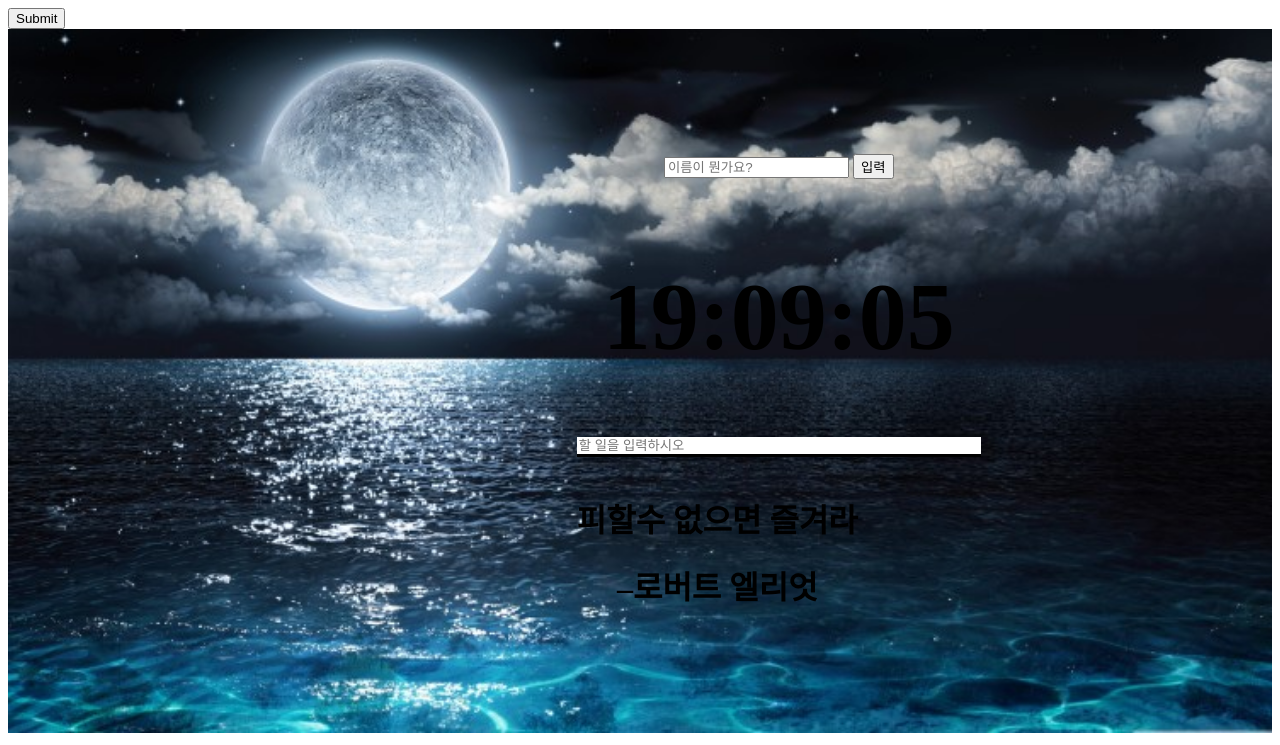
Repository: jun01270/F-E-practice
Page: index.html
The author's editor kept a copy of each file at every save. The page is drawn from the files as they stood at one save, then again after the next save.
The browser window is 1280 px wide. The pictures show the whole page.

Above is the page before, as saved 2023-01-10 14:48:33.
Console error: TypeError: Cannot read properties of null (reading 'addEventListener')

### index.html
<!DOCTYPE html>
<html lang="en">
  <head>
    <meta charset="UTF-8" />
    <meta http-equiv="X-UA-Compatible" content="IE=edge" />
    <meta name="viewport" content="width=device-width, initial-scale=1.0" />
    <link rel="stylesheet" href="/css/style.css" />
    <title>Document</title>
  </head>
  <body>
    <div id="all">
      <form id="userName-form" class="hidden">
        <input required type="text" placeholder="이름이 뭔가요?" />
        <input type="submit" value="입력" />
      </form>
      <br />
      <h1 id="clock">00:00:00</h1>
      <form id="todo-form">
        <input id="input-blank" type="text" placeholder="할 일을 입력하시오" />
      </form>
      <ul id="todo-list"></ul>
      <div id="quote">
        <h1></h1>
        <h1></h1>
      </div>
    </div>
    <div>
      <form>
        <input type="submit" class="userName-form" />
      </form>
    </div>
    <script src="/js/greeting.js"></script>
    <script src="/js/clock.js"></script>
    <script src="/js/quotes.js"></script>
    <script src="/js/background.js"></script>
    <script src="js/todo.js"></script>
    <script src="/js/weather.js"></script>
  </body>
</html>

### css/style.css
.hidden {
  display: none;
}

#background {
  width: 100%;
  height: 100%;
  padding: 0;
}

body {
  position: relative;
}

#all {
  position: absolute;
  top: 20%;
  left: 45%;
  text-align: center;
}

#clock {
  font-size: 600%;
}

#input-blank {
  width: 400px;
  border-top: none;
  border-left: none;
  border-right: none;
  border-bottom: 3px solid black;
}

#todo-list {
  color: yellow;
}

#quote {
  position: absolute;
  margin-bottom: 1000px;
}

### js/greeting.js
const userNameBtn = document.querySelector("#userName-form submit");
const userName = document.querySelector("#userName-form input");
const loginForm = document.querySelector("#userName-form");
const firstH1 = document.getElementById("result");
const SavedUserName = localStorage.getItem("username");
const HIDDEN_CLASSNAME = "hidden";
const toStart = document.querySelector("button.boom");

function loginResult(e) {
  e.preventDefault();
  loginForm.classList.add(HIDDEN_CLASSNAME);
  const userName1 = userName.value;
  localStorage.setItem("username", userName1);
  paintUserName();
}

function paintUserName() {
  const userName1 = localStorage.getItem("username");
  firstH1.innerText = `Hello ${userName1}`;
  firstH1.classList.remove(HIDDEN_CLASSNAME);
}

if (SavedUserName === null) {
  loginForm.classList.remove(HIDDEN_CLASSNAME);
  loginForm.addEventListener("submit", loginResult);
} else {
  paintUserName();
}

function deleteUserName() {
  localStorage.removeItem("username");
  location.reload();
}

toStart.addEventListener("click", deleteUserName);
console.log(toStart.className);

### js/clock.js
const all = document.querySelector("div#all");
const clock = all.querySelector("h1#clock");

function getClock() {
  const date = new Date();
  let Hours = String(date.getHours()).padStart(2, "0");
  let Minutes = String(date.getMinutes()).padStart(2, "0");
  let Seconds = String(date.getSeconds()).padStart(2, "0");
  // console.log(`${date.getHours()}:${date.getMinutes()}:${date.getSeconds()}`);
  clock.innerText = `${Hours}:${Minutes}:${Seconds}`;
}

getClock();
setInterval(getClock, 1000);

### js/quotes.js
const quotes = [
  {
    quote: "삶이 있는 한 희망은 있다",
    author: "-키케로",
  },
  {
    quote: "산다는것 그것은 치열한 전투이다.",
    author: "-로망로랑",
  },
  {
    quote: "하루에 3시간을 걸으면 7년 후에 지구를 한바퀴 돌 수 있다. ",
    author: "-사무엘존슨",
  },
  {
    quote: "언제나 현재에 집중할수 있다면 행복할것이다. ",
    author: "-파울로 코엘료",
  },
  {
    quote:
      "진정으로 웃으려면 고통을 참아야하며 , 나아가 고통을 즐길 줄 알아야 해 ",
    author: "-찰리 채플린",
  },
  {
    quote: "직업에서 행복을 찾아라. 아니면 행복이 무엇인지 절대 모를 것이다 ",
    author: "-엘버트 허버드",
  },
  {
    quote: "신은 용기있는자를 결코 버리지 않는다 ",
    author: "-켄러",
  },
  {
    quote:
      "행복의 문이 하나 닫히면 다른 문이 열린다 그러나 우리는 종종 닫힌 문을 멍하니 바라보다가 우리를 향해 열린 문을 보지 못하게 된다 ",
    author: "–헬렌켈러",
  },
  {
    quote: "피할수 없으면 즐겨라 ",
    author: "–로버트 엘리엇",
  },
];
const quoteCount = quotes.length;
const quote = document.querySelector("#quote h1:first-child");
const author = document.querySelector("#quote h1:last-child");
const todaysQuote = quotes[Math.floor(Math.random() * quoteCount)];

function showQuote() {
  console.log(quotes[Math.floor(Math.random() * quoteCount)]);
  quote.innerText = todaysQuote.quote;
  author.innerText = todaysQuote.author;
}

setInterval(showQuote, 1000);

### js/background.js
const images = ["moon.jpg", "river.jpg", "orora.jpg"];
const chosenImage = images[Math.floor(Math.random() * images.length)];
const bgImage = document.createElement("img");
const content = document.getElementById("wrapper");
bgImage.id = "background";

bgImage.src = `img/${chosenImage}`;

document.body.appendChild(bgImage);
// bgImage.appendChild(content);

console.log(content);

### js/todo.js
const toDoForm = document.getElementById("todo-form");
const toDoInput = document.querySelector("#todo-form input");
const toDoLi = document.querySelector("#todo-list li");
const toDoList = document.getElementById("todo-list");
const TODOS_KEY = "todos";
let toDos = [];

function saveToDoLists() {
  localStorage.setItem(TODOS_KEY, JSON.stringify(toDos));
}

function deleteToDo(e) {
  const todoLi = e.target.parentNode;
  todoLi.remove();
  const cleanToDos = toDos.filter((toDo) => toDo.id !== todoLi.id);
  toDos = cleanToDos;
  saveToDoLists();
}

function paintToDo(newToDoObj) {
  const listOfToDo = document.createElement("div");
  listOfToDo.id = newToDoObj.Id;
  const span = document.createElement("span");
  span.innerText = newToDoObj.text;
  const deleteButton = document.createElement("button");
  deleteButton.innerText = "X";
  deleteButton.addEventListener("click", deleteToDo);
  listOfToDo.appendChild(span);
  listOfToDo.appendChild(deleteButton);
  toDoList.appendChild(listOfToDo);
}

function handleToDoSubmit(e) {
  e.preventDefault();
  const newToDo = toDoInput.value;
  toDoInput.value = "";
  const newToDoObj = {
    text: newToDo,
    id: toDos.length + 1,
  };
  toDos.push(newToDoObj);
  paintToDo(newToDoObj);
  saveToDoLists();
}

toDoForm.addEventListener("submit", handleToDoSubmit);

const getToDo = localStorage.getItem(TODOS_KEY);
if (getToDo !== null) {
  const parseToDo = JSON.parse(getToDo);
  toDos = parseToDo;
  parseToDo.forEach(paintToDo);
}

### js/weather.js
const API_KEY = "fbf7375beaa21a73574692bdaef4a2e7";

function onGeoSuc(position) {
  const lat = position.coords.latitude;
  const lon = position.coords.longitude;
  console.log("Your position is", lat, lon);
  const url = `https://api.openweathermap.org/geo/1.0/reverse?lat=${lat}&lon=${lon}&limit={limit}&appid=${API_KEY}`;
  console.log(url);
}

function onGeoErr() {
  alert("위치를 찾을 수 없습니다.");
}
navigator.geolocation.getCurrentPosition(onGeoSuc, onGeoErr);

After the next save:
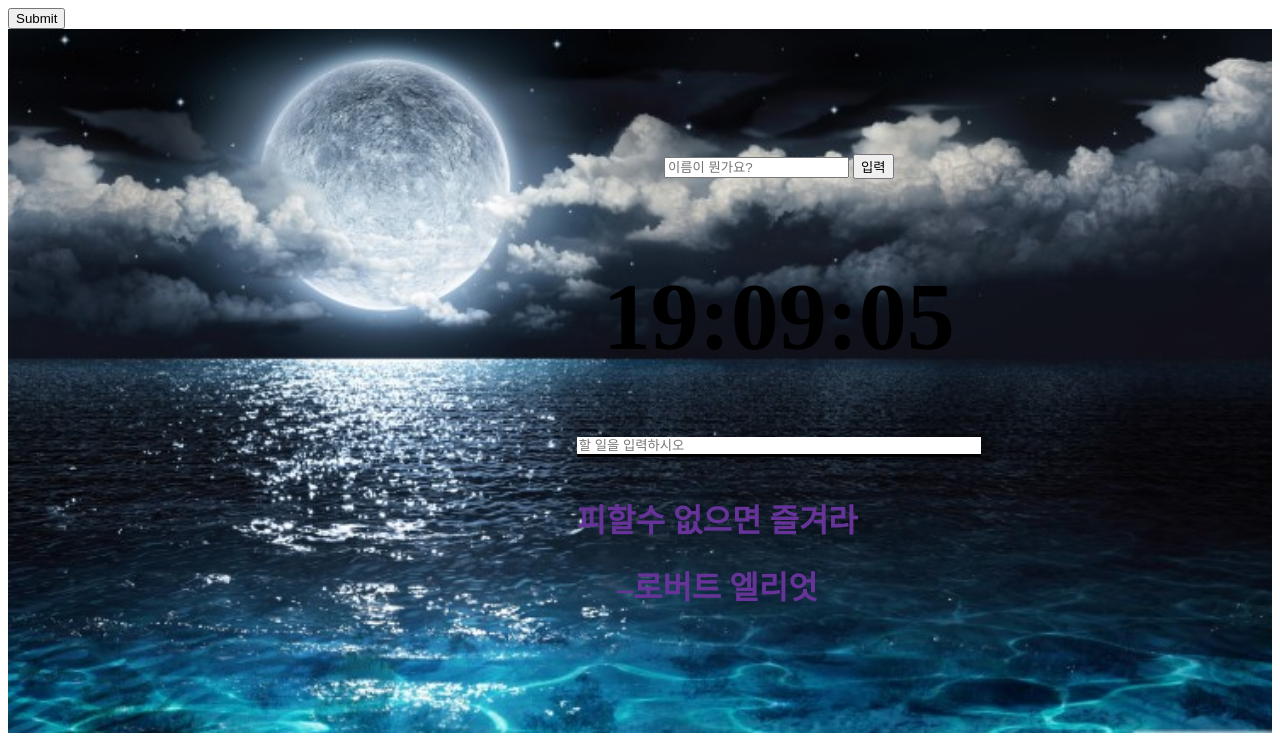
Saved 42 s later.
--- a/css/style.css
+++ b/css/style.css
@@ -38,4 +38,5 @@ body {
 #quote {
   position: absolute;
   margin-bottom: 1000px;
+  color: rebeccapurple;
 }
